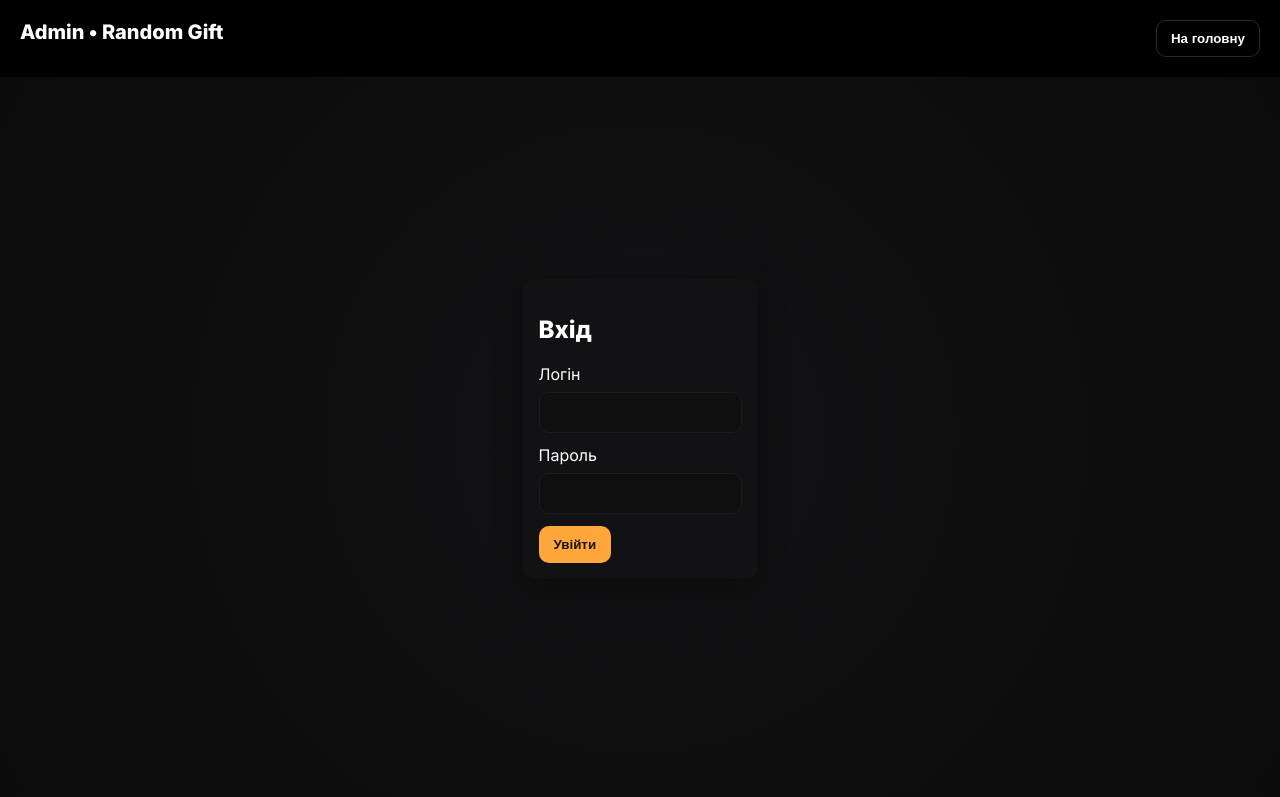
Repository: torunok/random-gift-roman
Page: docs/admin.html
An editor plug-in stored every save of this project. The page is shown before and after the next save, followed by the edit.
The browser window is 1280 px wide. The pictures show the whole page.

Above is the page before, as saved 2025-11-10 21:28:15.

### docs/admin.html
<!DOCTYPE html>
<html lang="uk">
  <head>
    <meta charset="utf-8" />
    <meta name="viewport" content="width=device-width, initial-scale=1" />
    <title>Admin • Random Gift</title>
    <link rel="preconnect" href="https://fonts.googleapis.com" />
    <link rel="preconnect" href="https://fonts.gstatic.com" crossorigin />
    <link href="https://fonts.googleapis.com/css2?family=Inter:wght@400;600;800&display=swap" rel="stylesheet" />
    <link rel="stylesheet" href="./styles.css" />
    <style>
      /* ВАЖЛИВО: керує видимістю вкладок */
      .tabpane {
        display: none;
      }
      .tabpane.active {
        display: block;
      }
      .muted {
        opacity: 0.8;
      }
      .preview-img {
        max-width: 240px;
        display: none;
        border-radius: 12px;
        box-shadow: 0 4px 18px rgba(0, 0, 0, 0.15);
      }
      .btn-group {
        display: inline-flex;
        gap: 8px;
        flex-wrap: wrap;
      }
      .td-actions {
        display: flex;
        gap: 8px;
      }
    </style>
  </head>
  <body>
    <div class="admin">
      <header class="header header--admin">
        <h1>Admin • Random Gift</h1>
        <button class="btn btn-ghost" onclick="window.location.href='https://torunok.github.io/random-gift-roman/admin'">На головну</button>
      </header>

      <main class="admin-main">
        <!-- ЛОГІН -->
        <section id="loginView" class="card">
          <h2>Вхід</h2>
          <label class="field">
            <span>Логін</span>
            <input id="admUser" type="text" />
          </label>
          <label class="field">
            <span>Пароль</span>
            <input id="admPass" type="password" />
          </label>
          <div class="actions">
            <button id="btnLogin" class="btn btn-primary">Увійти</button>
          </div>
          <div id="loginMsg" class="msg"></div>
        </section>

        <!-- АДМІН -->
        <section id="adminView" class="hidden">
          <div class="admin-tabs" style="margin-bottom: 12px">
            <button data-tab="gifts" class="tab active">Подарунки</button>
            <button data-tab="participants" class="tab">Учасники</button>
          </div>

          <!-- Вкладка: ПОДАРУНКИ -->
          <div id="tab-gifts" class="tabpane active">
            <div class="card">
              <h2>Список подарунків</h2>
              <div class="actions">
                <div class="btn-group">
                  <button id="btnReloadGifts" class="btn btn-ghost">Оновити</button>
                  <button id="btnNewGift" class="btn btn-primary">Додати</button>
                </div>
              </div>

              <div class="table-wrap">
                <table class="table" id="giftsTable">
                  <thead>
                    <tr>
                      <th>ID</th>
                      <th>Назва</th>
                      <th>Активний</th>
                      <th>Дії</th>
                    </tr>
                  </thead>
                  <tbody></tbody>
                </table>
              </div>
            </div>

            <div class="card" id="giftFormWrap" style="display: none">
              <h3 id="giftFormTitle">Новий подарунок</h3>

              <label class="field">
                <span>Назва</span>
                <input id="giftTitle" type="text" />
              </label>

              <label class="field">
                <span>Опис</span>
                <textarea id="giftDesc" rows="4"></textarea>
              </label>

              <label class="field">
                <span>URL зображення</span>
                <input id="giftImg" type="text" placeholder="https://... або /img/gifts/..." />
              </label>

              <div class="field">
                <label for="giftFile">Фото подарунка (jpeg/png/webp, до 10MB)</label>
                <input id="giftFile" type="file" accept="image/jpeg,image/png,image/webp" />
                <div class="row" style="margin-top: 8px">
                  <button id="btnUploadImage" type="button" class="btn btn-ghost">Завантажити фото</button>
                  <small class="muted" id="uploadHint">Після аплоаду поле «URL зображення» заповниться автоматично</small>
                </div>
              </div>

              <div class="field">
                <label>Прев’ю</label>
                <img id="giftPreview" alt="Прев’ю зображення" class="preview-img" />
              </div>

              <label class="check">
                <input id="giftActive" type="checkbox" checked />
                <span>Активний</span>
              </label>

              <div class="actions">
                <div class="btn-group">
                  <button id="btnSaveGift" class="btn btn-primary">Зберегти</button>
                  <button id="btnCancelGift" class="btn btn-ghost">Скасувати</button>
                </div>
              </div>
            </div>
          </div>

          <!-- Вкладка: УЧАСНИКИ -->
          <div id="tab-participants" class="tabpane">
            <div class="card">
              <h2>Учасники</h2>
              <div class="row">
                <input id="searchAssign" type="text" placeholder="Пошук по імені / ніку" />
                <button id="btnReloadAssign" class="btn btn-ghost">Оновити</button>
              </div>

              <div class="table-wrap">
                <table class="table" id="assignTable">
                  <thead>
                    <tr>
                      <th>ID</th>
                      <th>Ім’я</th>
                      <th>Telegram</th>
                      <th>GiftID</th>
                      <th>Час</th>
                      <th>Дії</th>
                    </tr>
                  </thead>
                  <tbody></tbody>
                </table>
              </div>
            </div>
          </div>
        </section>
      </main>
    </div>

    <!-- ВАЖЛИВО: правильний бекенд -->
    <script>
      window.API_BASE = "https://random-gift-roman.myhappyb.workers.dev";
    </script>
    <script src="./admin.js" defer></script>
  </body>
</html>

### docs/styles.css
:root {
    --bg: #0B0B0C;
    --fg: #FFFFFF;
    --muted: #A1A1AA;
    --accent: #FF9F2E;
    --accent-2: #6C9CFF;
    --panel: #121214;
    --border: #1E1E22;
    --panel-2: #0F0F10;

    --radius: 14px;
    --radius-sm: 10px;

    --eio: cubic-bezier(.2, .8, .2, 1);
    /* швидкий старт, сповільнення в кінці */
}

* {
    box-sizing: border-box;
}

html,
body {
    margin: 0;
    padding: 0;
    background: #121214;
    color: var(--fg);
    font-family: Inter, system-ui, -apple-system, Segoe UI, Roboto, Ubuntu, "Helvetica Neue", Arial, sans-serif;
    -webkit-font-smoothing: antialiased;
    -moz-osx-font-smoothing: grayscale;
}

a {
    color: var(--accent-2);
    text-decoration: none;
}

a:hover {
    text-decoration: underline;
}

/* ====== Layout ====== */
.header {
    padding: 20px;
    display: flex;
    justify-content: center;
}

.header h1 {
    font-size: 20px;
    font-weight: 800;
    margin: 0;
}

.header--admin {
    justify-content: flex-start;
}

.main {
    display: flex;
    justify-content: center;
    align-items: center;
    min-height: 60vh;
    padding: 20px;
}

.stage {
    width: min(980px, 94vw);
    min-height: 420px;
    border-radius: var(--radius);
    background: var(--panel);
    padding: 24px;
    position: relative;
    overflow: hidden;
    box-shadow: 0 10px 40px rgba(0, 0, 0, .35);
}

/* ====== Footer ====== */
.footer {
    padding: 20px;
    text-align: center;
    color: var(--muted);
}

/* ====== Modal ====== */
.modal {
    position: fixed;
    inset: 0;
    background: rgba(0, 0, 0, .65);
    display: flex;
    align-items: center;
    justify-content: center;
    z-index: 50;
}

.modal[aria-hidden="true"] {
    display: none;
}

.modal-content {
    background: var(--panel);
    width: min(640px, 94vw);
    padding: 24px;
    border-radius: var(--radius);
    box-shadow: 0 18px 60px rgba(0, 0, 0, .55);
    animation: scale-in .45s var(--eio) forwards;
}

/* ====== Form fields ====== */
.field {
    display: flex;
    flex-direction: column;
    gap: 8px;
    margin: 12px 0;
}

.field input,
.field textarea {
    background: var(--panel-2);
    border: 1px solid var(--border);
    color: var(--fg);
    border-radius: var(--radius-sm);
    padding: 12px;
    outline: none;
    transition: border-color .2s var(--eio), box-shadow .2s var(--eio);
}

.field input:focus,
.field textarea:focus {
    border-color: #2E2E33;
    box-shadow: 0 0 0 4px rgba(108, 156, 255, .12);
}

.check {
    display: flex;
    align-items: center;
    gap: 8px;
    margin: 12px 0;
    color: var(--muted);
}

.actions {
    display: flex;
    gap: 12px;
    margin-top: 12px;
    flex-wrap: wrap;
}

/* ====== Buttons ====== */
.btn {
    appearance: none;
    border: 1px solid transparent;
    padding: 10px 14px;
    border-radius: var(--radius-sm);
    font-weight: 700;
    cursor: pointer;
    transition: transform .12s var(--eio), box-shadow .2s var(--eio), background .2s var(--eio), border-color .2s var(--eio);
}

.btn:hover {
    transform: translateY(-1px);
}

.btn:active {
    transform: translateY(0);
}

.btn:disabled {
    opacity: .5;
    cursor: not-allowed;
}

.btn-primary {
    background: var(--accent);
    color: #1b1205;
}

.btn-primary:hover {
    box-shadow: 0 6px 18px rgba(255, 159, 46, .35);
}

.btn-ghost {
    background: transparent;
    border-color: #2a2a2d;
    color: var(--fg);
}

.btn-ghost:hover {
    border-color: #3A3A3F;
    box-shadow: 0 4px 16px rgba(0, 0, 0, .2);
}

.btn-danger {
    background: #FF5A5A;
    color: #1b0e0e;
}

.btn-danger:hover {
    box-shadow: 0 6px 18px rgba(255, 90, 90, .35);
}

/* ====== Cards & Tables ====== */
.card {
    background: var(--panel);
    padding: 16px;
    border-radius: 12px;
    box-shadow: 0 8px 30px rgba(0, 0, 0, .3);
    margin-bottom: 16px;
}

.table-wrap {
    width: 100%;
    overflow-x: auto;
}

.table {
    width: 100%;
    border-collapse: collapse;
    min-width: 640px;
}

.table th,
.table td {
    border-bottom: 1px solid var(--border);
    padding: 10px;
    text-align: left;
    white-space: nowrap;
}

.td-actions {
    display: flex;
    gap: 8px;
}

/* ====== Helpers ====== */
.hidden {
    display: none;
}

.row {
    display: flex;
    gap: 12px;
    align-items: center;
    margin: 8px 0;
    flex-wrap: wrap;
}

.center {
    display: flex;
    align-items: center;
    justify-content: center;
}

/* ====== Анімації ====== */
.fade-in {
    animation: fade-in .38s var(--eio) forwards;
}

@keyframes fade-in {
    from {
        opacity: 0
    }

    to {
        opacity: 1
    }
}

.slide-left {
    animation: slide-left .44s var(--eio) forwards;
}

@keyframes slide-left {
    from {
        opacity: 0;
        transform: translateX(-28px)
    }

    to {
        opacity: 1;
        transform: none
    }
}

.slide-right {
    animation: slide-right .44s var(--eio) forwards;
}

@keyframes slide-right {
    from {
        opacity: 0;
        transform: translateX(28px)
    }

    to {
        opacity: 1;
        transform: none
    }
}

.scale-in {
    animation: scale-in .42s var(--eio) forwards;
}

@keyframes scale-in {
    from {
        opacity: 0;
        transform: scale(.92)
    }

    to {
        opacity: 1;
        transform: scale(1)
    }
}

/* плавніше затемнення/оверлей */
.ease-slow {
    animation-timing-function: var(--eio);
}

/* ====== Спец екрани ====== */
.full-black {
    position: absolute;
    inset: 0;
    background: #000;
    display: flex;
    align-items: center;
    justify-content: center;
    color: #fff;
    font-size: 28px;
}

/* ====== Контентні блоки ====== */
.gift-wrap {
    display: flex;
    gap: 20px;
    align-items: center;
    justify-content: center;
    flex-wrap: wrap;
}

.gift-img {
    max-width: min(60vw, 480px);
    border-radius: 12px;
    box-shadow: 0 10px 40px rgba(0, 0, 0, .6);
}

.gift-desc {
    max-width: 520px;
    background: #101012;
    border: 1px solid #202026;
    padding: 16px 20px;
    border-radius: 12px;
}

/* ====== Intro ====== */
.intro {
    display: flex;
    gap: 20px;
    align-items: center;
    justify-content: center;
    flex-wrap: wrap;
}

.intro .photo {
    width: 262px;
    height: 440px;
    border-radius: 16px;
    overflow: hidden;
}

.intro .photo img {
    width: 100%;
    height: 100%;
    object-fit: cover;
}

.intro .text {
    max-width: 560px;
}

/* ====== Admin layout (responsive) ====== */
.admin-main {
    display: flex;
    align-items: center;
    justify-content: center;
    height: 100vh;
    background: radial-gradient(circle at center, #121214 0%, #0b0b0c 100%);
}

.admin-tabs {
    display: flex;
    gap: 8px;
    margin-bottom: 12px;
    flex-wrap: wrap;
}

.tab {
    border: 1px solid var(--border);
    background: var(--panel-2);
    color: var(--fg);
    padding: 8px 12px;
    border-radius: 10px;
    cursor: pointer;
}

.tab.active {
    background: #18181B;
    border-color: #2A2A2F;
}

.btn-group {
    display: inline-flex;
    gap: 8px;
    flex-wrap: wrap;
}

/* ====== Mobile tweaks ====== */
@media (max-width: 640px) {
    .stage {
        padding: 16px;
    }

    .header h1 {
        font-size: 18px;
    }

    .gift-img {
        max-width: 100%;
    }

    .gift-desc {
        width: 100%;
    }

    .table {
        min-width: 560px;
    }

    .row {
        gap: 8px;
    }

    .btn {
        padding: 10px 12px;
    }
}

:root {
    --bg: #0B0B0C;
    --fg: #FFFFFF;
    --muted: #999;
    --accent: #FFA73B;
    --panel: #121214;
}


* {
    box-sizing: border-box
}

html,
body {
    height: 100%;
    margin: 0;
    padding: 0;
    background: #000000;
    color: var(--fg);
    font-family: Inter, system-ui, -apple-system, Segoe UI, Roboto, Ubuntu, "Helvetica Neue", Arial, sans-serif
}

body {
    display: flex;
    flex-direction: column;
}


.header {
    padding: 20px;
    display: flex;
    justify-content: center
}

.header h1 {
    font-size: 20px;
    font-weight: 800;
    margin: 0
}

.header--admin {
    justify-content: space-between;
}


.main {
    display: flex;
    justify-content: center;
    align-items: center;
    min-height: 60vh;
    padding: 20px;
    flex: 1;
}


/* НОВЕ: локальна обгортка для модалки над stage */
.stage-wrap {
    position: relative;
    width: 100%;
    display: flex;
    justify-content: center;
}


.stage {
    align-content: center;
    width: min(980px, 94vw);
    min-height: 420px;
    border-radius: 16px;
    background: var(--panel);
    padding: 24px;
    position: relative;
    /* зберігаємо */
    overflow: hidden
}


.footer {
    padding: 20px;
    text-align: center;
    color: var(--muted);
}


/* Модалка тепер локальна (лише над stage) */
.modal {
    position: absolute;
    /* було fixed */
    inset: 0;
    margin: auto;
    display: flex;
    align-items: center;
    justify-content: center;
    background: rgba(0, 0, 0, .7);
    z-index: 50;
}

.modal[aria-hidden="true"] {
    display: none
}


.modal-content {
    background: var(--panel);
    width: min(640px, 94vw);
    padding: 24px;
    border-radius: 16px;
    box-shadow: 0 10px 40px rgba(0, 0, 0, .5)
}


.field {
    display: flex;
    flex-direction: column;
    gap: 8px;
    margin: 12px 0
}

.field input,
.field textarea {
    background: #0f0f10;
    border: 1px solid #1c1c1e;
    color: var(--fg);
    border-radius: 10px;
    padding: 12px
}


.check {
    display: flex;
    align-items: center;
    gap: 8px;
    margin: 12px 0;
    color: var(--muted)
}


.actions {
    display: flex;
    gap: 12px;
    margin-top: 12px
}


.btn {
    appearance: none;
    border: 1px solid transparent;
    padding: 10px 14px;
    border-radius: 10px;
    font-weight: 600;
    cursor: pointer
}

.btn-primary {
    background: var(--accent);
    color: #1b1205
}

.btn-ghost {
    background: transparent;
    border-color: #2a2a2d;
    color: var(--fg)
}

.btn:disabled {
    opacity: .5;
    cursor: not-allowed
}


.card {
    background: var(--panel);
    padding: 16px;
    border-radius: 12px;
    box-shadow: 0 8px 30px rgba(0, 0, 0, .3);
    margin-bottom: 16px
}


.table {
    width: 100%;
    border-collapse: collapse
}

.table th,
.table td {
    border-bottom: 1px solid #1e1e22;
    padding: 10px;
    text-align: left
}


.hidden {
    display: none
}


.row {
    display: flex;
    gap: 12px;
    align-items: center;
    margin: 8px 0
}


/* Анімації */
.fade-in {
    animation: fade-in .5s ease forwards
}

@keyframes fade-in {
    from {
        opacity: 0
    }

    to {
        opacity: 1
    }
}

.slide-left {
    animation: slide-left .6s ease forwards
}

@keyframes slide-left {
    from {
        opacity: 0;
        transform: translateX(-30px)
    }

    to {
        opacity: 1;
        transform: none
    }
}

.slide-right {
    animation: slide-right .6s ease forwards
}

@keyframes slide-right {
    from {
        opacity: 0;
        transform: translateX(30px)
    }

    to {
        opacity: 1;
        transform: none
    }
}

.scale-in {
    animation: scale-in .5s ease forwards
}

@keyframes scale-in {
    from {
        opacity: 0;
        transform: scale(.92)
    }

    to {
        opacity: 1;
        transform: scale(1)
    }
}


/* Спец екрани */
.full-black {
    position: absolute;
    inset: 0;
    background: #000;
    display: flex;
    align-items: center;
    justify-content: center;
    color: #fff;
    font-size: 28px
}


.center {
    display: flex;
    align-items: center;
    justify-content: center
}


/* Блок подарунку */
.gift-wrap {
    display: flex;
    gap: 20px;
    align-items: center;
    justify-content: center;
    flex-wrap: wrap
}

.gift-img {
    max-width: min(60vw, 480px);
    border-radius: 12px;
    box-shadow: 0 10px 40px rgba(0, 0, 0, .6)
}

.gift-desc {
    max-width: 520px;
    background: #101012;
    border: 1px solid #202026;
    padding: 16px 20px;
    border-radius: 12px
}

Loaded but not shown: docs/admin.js (355 lines, source omitted)

After the next save:
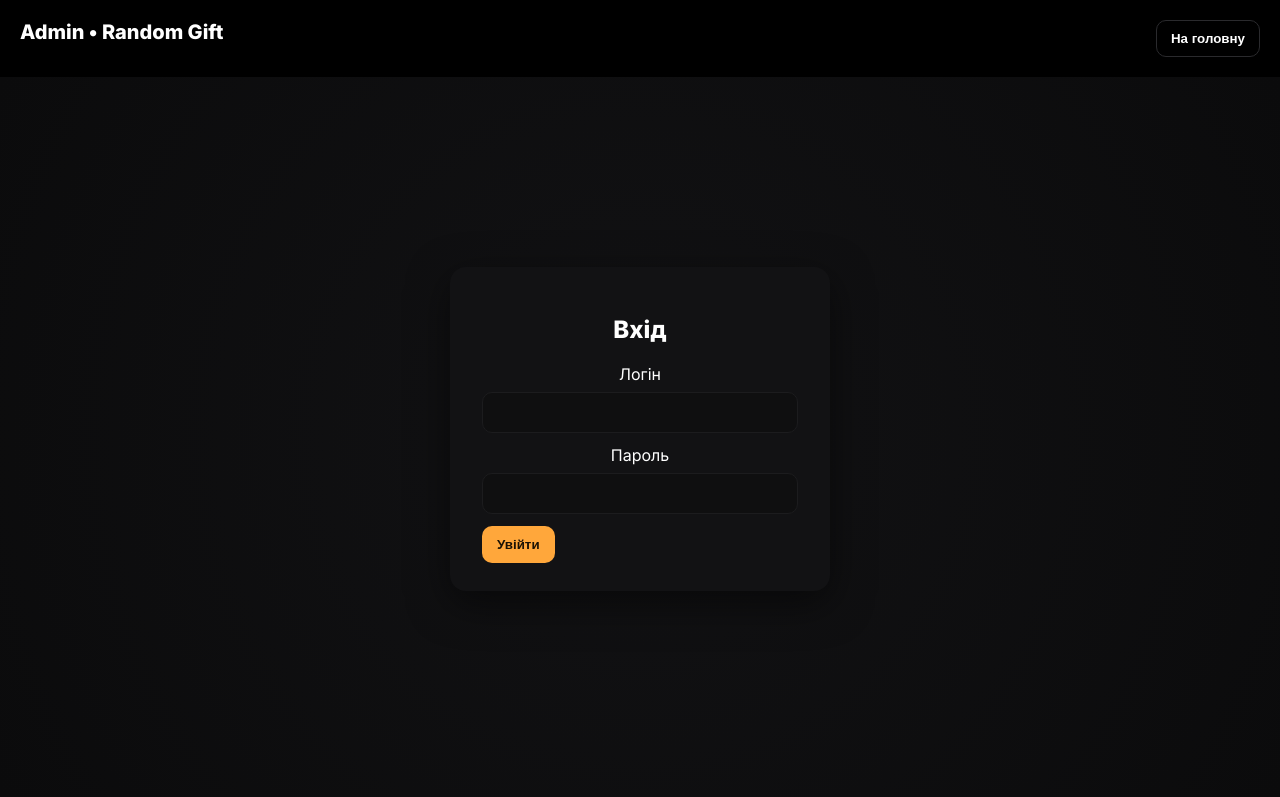
Saved 108 s later.
--- a/docs/styles.css
+++ b/docs/styles.css
@@ -414,6 +414,18 @@ a:hover {
     display: inline-flex;
     gap: 8px;
     flex-wrap: wrap;
+}
+
+/* ====== Модальне вікно ====== */
+
+#loginView.card {
+    width: 100%;
+    max-width: 380px;
+    padding: 28px 32px;
+    border-radius: 16px;
+    background: var(--panel);
+    box-shadow: 0 12px 40px rgba(0, 0, 0, 0.5);
+    text-align: center;
 }
 
 /* ====== Mobile tweaks ====== */
